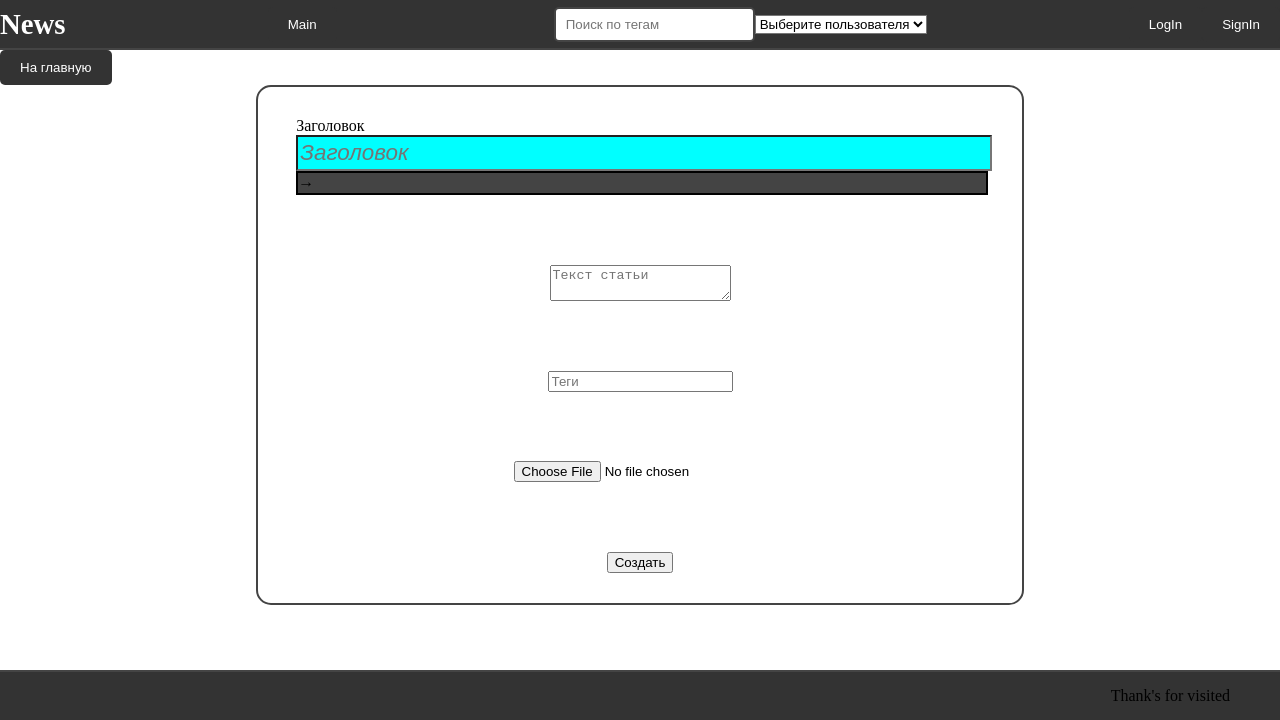
Repository: Igor-Blazhko/news_frontend
Page: /CreatePost
The author's editor kept a copy of each file at every save. The page is drawn from the files as they stood at one save, then again after a run of saves.
The browser window is 1280 px wide. The pictures show the whole page.
The project was rebuilt for these pictures with package versions that can differ from the ones it lists, and the page was loaded fresh each time. Also part of the build but not shown: vite.config.ts, src/components/allPost/onePost/onePost.module.css, src/components/allPost/onePost/onePost.tsx, src/components/allPost/allPost.tsx, src/components/auth/logIn/login.module.css, src/components/auth/logIn/login.tsx, src/components/auth/register/register.tsx, src/components/pageOnePost/comments/comment.tsx and 2 more.

Above is the page before, as saved 2024-07-15 16:11:05.

After the next 2 saves:
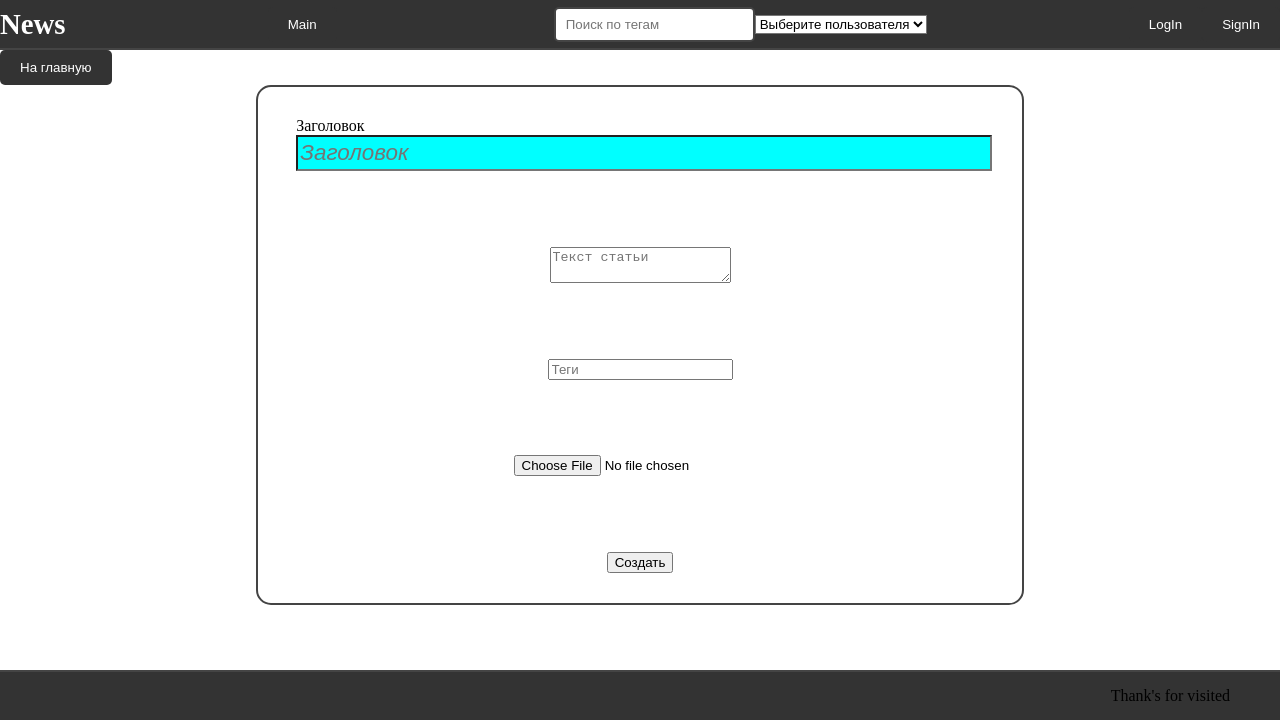
The 2 saves are shown as one change because they came seconds apart.
The last was saved 8 s later.
--- a/src/components/createPost/createPost.module.css
+++ b/src/components/createPost/createPost.module.css
@@ -27,8 +27,6 @@ input.article{
 div.article::after{
     display: block;
     width: 100%;
-    height: 20px;
     background-color: #444;
     border: 2px solid black;
-    content: "→";
 }
